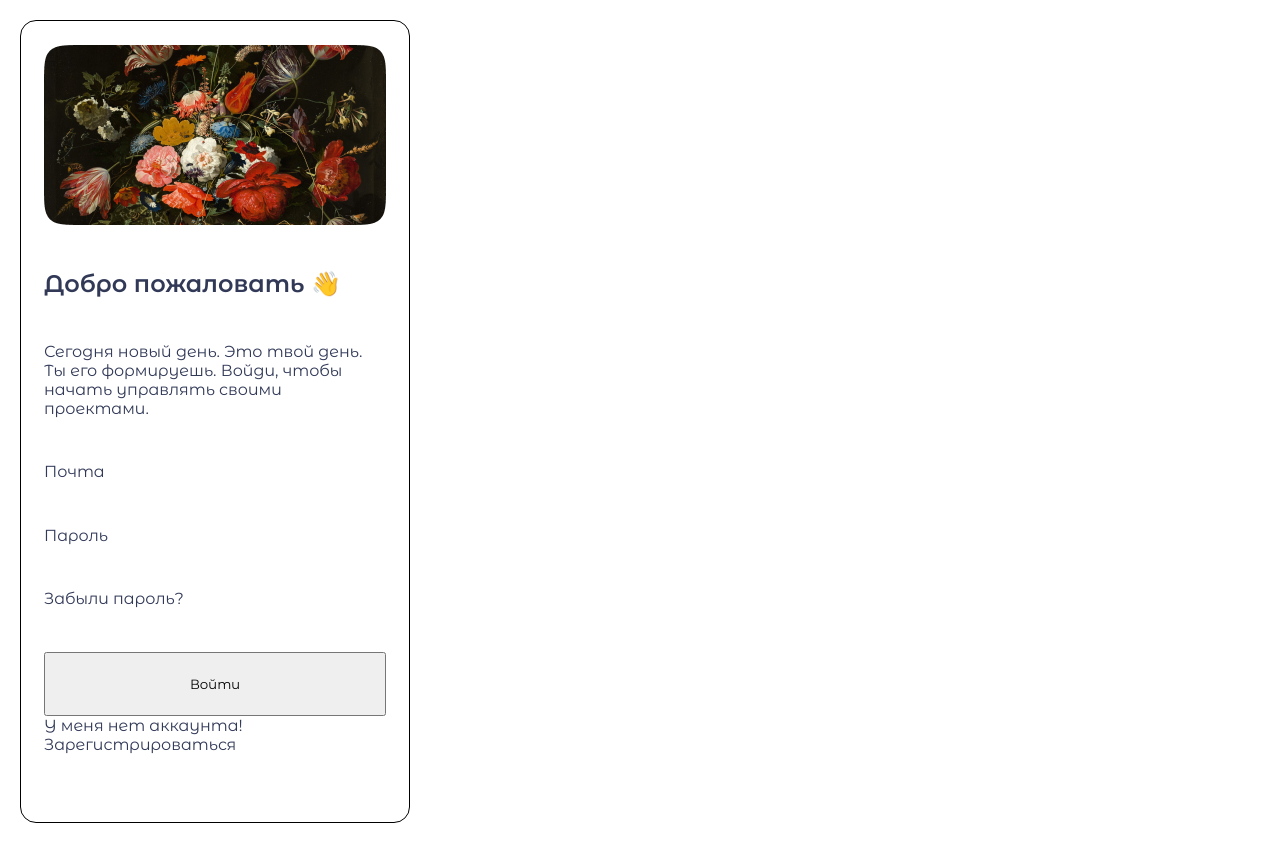
Repository: VitasYo/Auth_wind
Page: src/index.html
These files come from the project's save history. The page is drawn as it stood at one moment and after the next save; the edit follows.
The browser window is 1280 px wide. The pictures show the whole page.

Above is the page before, as saved 2024-04-15 23:08:56.
Not found: assets/css/_media.css

### src/index.html
<!DOCTYPE html>
<html lang="ru">
<head>
    <meta charset="UTF-8">
    <meta name="viewport" content="width=, initial-scale=1.0">
    <link rel="stylesheet" href="/assets/css/index.css">
    <title>Авторизация</title>
</head>
<body>
    <div class="column">
        <img class="photo" src="/assets/img/Login Art.png" alt="Картинка">
        <div class="main_title">Добро пожаловать 👋</div>
        <div class="main_text">Сегодня новый день. Это твой день.
            Ты его формируешь. Войди, чтобы начать
            управлять своими проектами.</div>
        <div class="field_title">Почта</div>

        <div class="field_title">Пароль</div>

        <div class="question" src="">Забыли пароль?</div>
        <button class="auth">Войти</button>
        <div class="footer">
            <div class="no_acc">У меня нет аккаунта!</div>
            <div class="sign_in">Зарегистрироваться</div>
        </div>
    </div>
</body>
</html>

### assets/css/index.css
@import url(https://fonts.googleapis.com/css2?family=Montserrat+Alternates:ital,wght@0,100;0,200;0,300;0,400;0,500;0,600;0,700;0,800;0,900;1,100;1,200;1,300;1,400;1,500;1,600;1,700;1,800;1,900&display=swap);
@import './_media.css';

* {
  font-family: 'Montserrat Alternates', sans-serif;
  box-sizing: border-box;
  margin: 0;
  padding: 0;
}

body {
    background-color: white;
    color: #313957;
    display: flex;
    flex-direction: column;
    min-height: 100vh;
  }

.column {
    width: 390px;
    height: 803px;
    background-color: white;
    border-radius: 16px;
    padding: 24px;
    margin: 20px;
    display: grid;
    justify-content: center;
    width: 390px;
    border-width: 1px;
    border-color: black;
    border-style: solid;
}

.main_title {
    font-size: 24px;
    font-weight: 600;
}

.main_text {

}

.field_title {

}

.question {

}

.auth {

}

.footer {

}

    .no_acc {

    }

    .sign_in {

    }

After the next save:
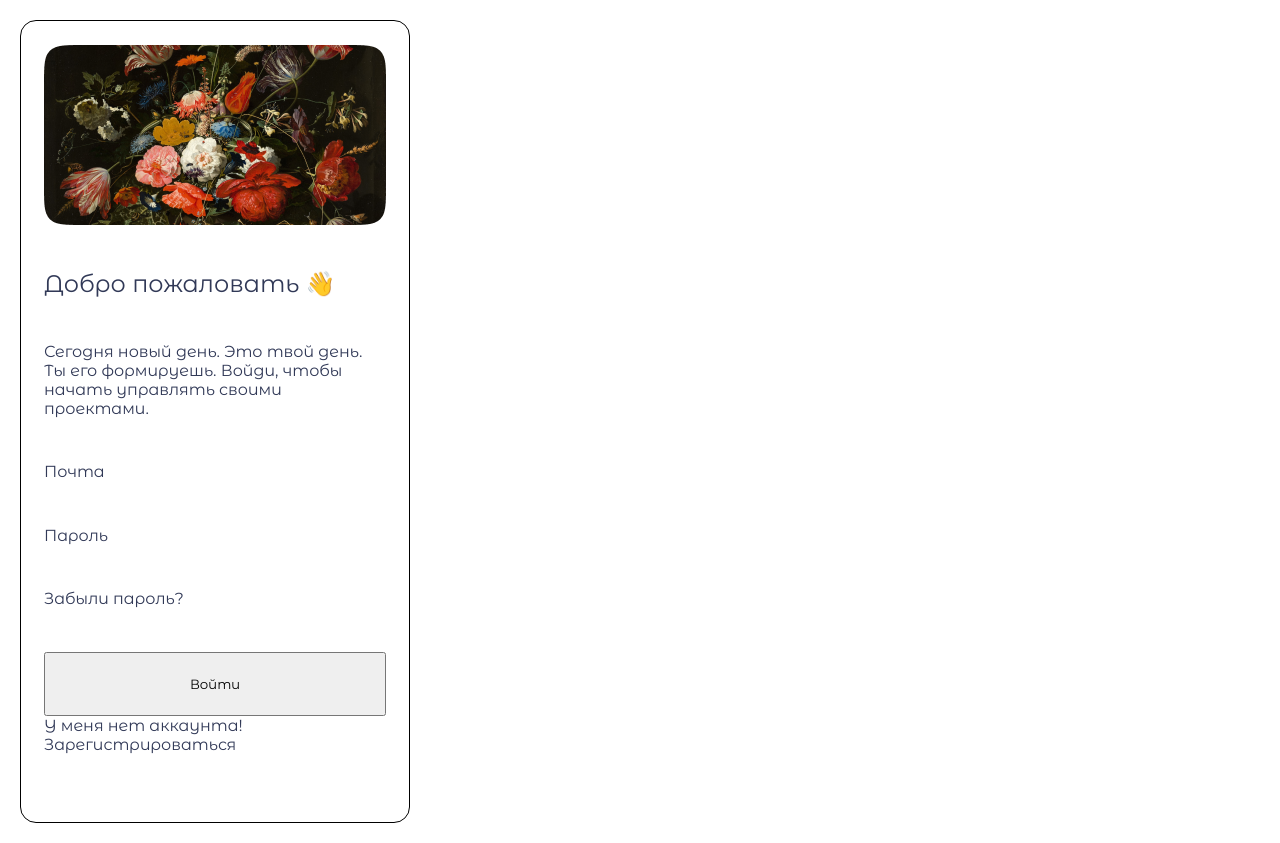
Saved 13 s later.
--- a/assets/css/index.css
+++ b/assets/css/index.css
@@ -33,7 +33,7 @@
 
 .main_title {
     font-size: 24px;
-    font-weight: 600;
+    font-weight:;
 }
 
 .main_text {

After the 2 saves that followed:
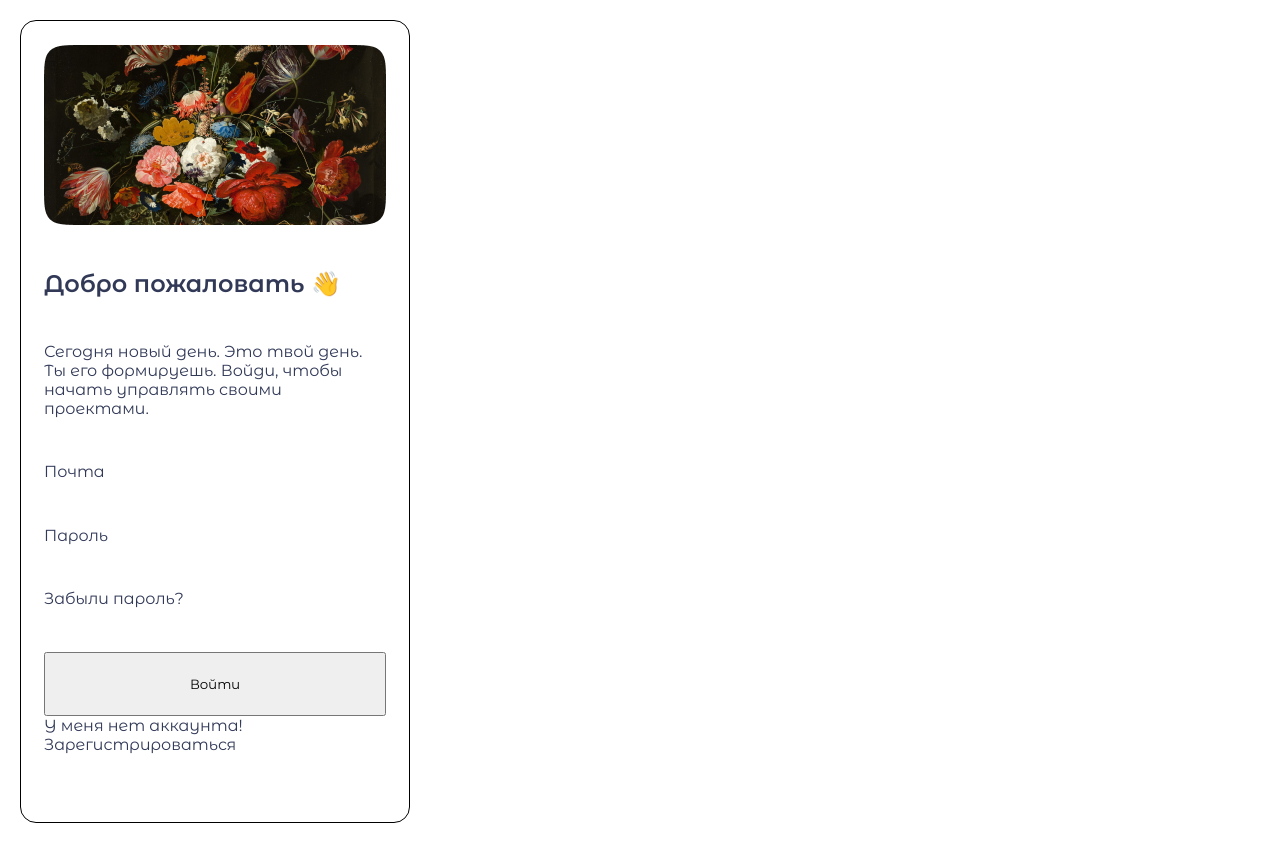
The 2 saves are shown as one change because they came seconds apart.
The last was saved 6 s later.
--- a/assets/css/index.css
+++ b/assets/css/index.css
@@ -33,7 +33,7 @@
 
 .main_title {
     font-size: 24px;
-    font-weight:;
+    font-weight: 600;
 }
 
 .main_text {
